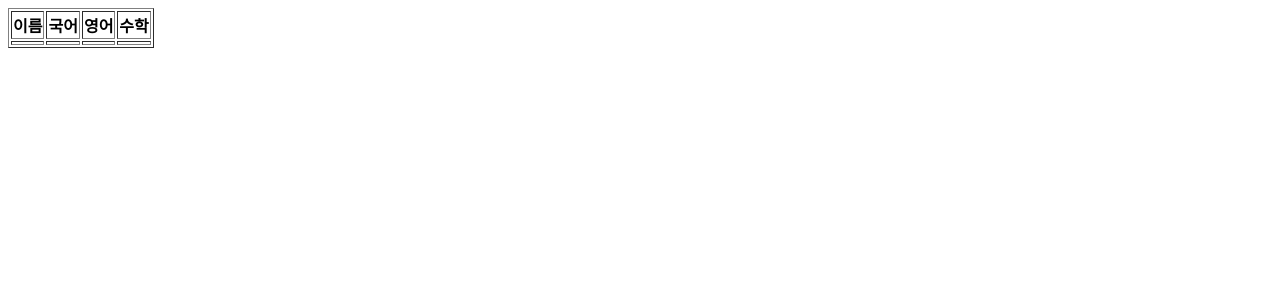
Repository: hjh5217/newJSP
Page: http://localhost/jspProj/subject/sumAvg.jsp
These files come from the project's save history. The page is drawn as it stood at one moment and after the next save; the edit follows.
The browser window is 1280 px wide. The pictures show the whole page.
The page is served by Tomcat 9.

Above is the page before, as saved 2023-07-27 07:58:59.

After the next save:
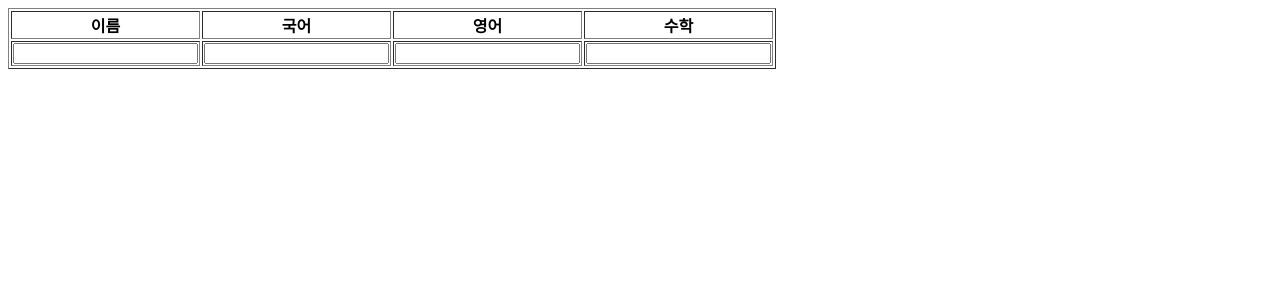
Saved 73 s later.
--- a/jspProj/src/main/webapp/subject/sumAvg.jsp
+++ b/jspProj/src/main/webapp/subject/sumAvg.jsp
@@ -16,7 +16,10 @@
 				<th>수학</th>
 			</tr>
 			<tr>
-				<td></td><td></td><td></td><td></td>
+				<td><input type="text" name="name"></td>
+				<td><input type="text" name="kor"></td>
+				<td><input type="text" name="eng"></td>
+				<td><input type="text" name="math"></td>
 			</tr>
 		</table>
 	</form>
